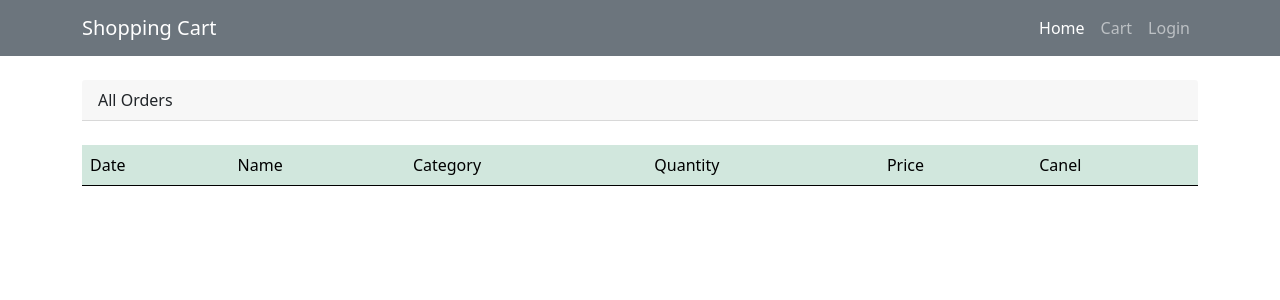
Repository: Min-MinPhyo/java-servlet-ecommerce-project
Page: http://localhost/E-Commerence/orders.jsp
The author's editor kept a copy of each file at every save. The page is drawn from the files as they stood at one save, then again after the next save.
The browser window is 1280 px wide. The pictures show the whole page.
Some web libraries are served in a nearby version. The page is served by Tomcat 9.

Above is the page before, as saved 2022-09-30 16:26:33.

After the next save:
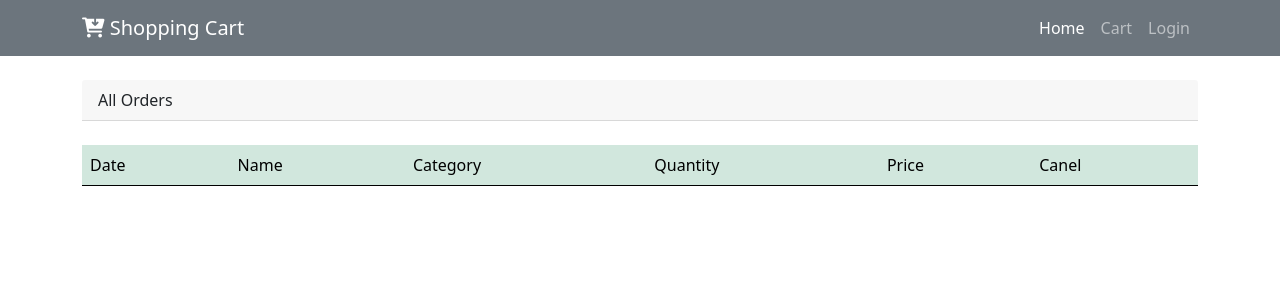
Saved 2 min 18 s later.
--- a/E-Commerence/src/main/webapp/includes/navbar.jsp
+++ b/E-Commerence/src/main/webapp/includes/navbar.jsp
@@ -1,6 +1,7 @@
 <nav class="navbar navbar-expand-lg navbar-dark bg-secondary">
 	<div class="container">
-		<a class="navbar-brand" href="index.jsp">Shopping Cart</a>
+		<a class="navbar-brand" href="index.jsp"><i class="fa-solid fa-cart-arrow-down"></i>
+		Shopping Cart</a>
 		<button class="navbar-toggler" type="button" data-bs-toggle="collapse"
 			data-bs-target="#navbarSupportedContent"
 			aria-controls="navbarSupportedContent" aria-expanded="false"
